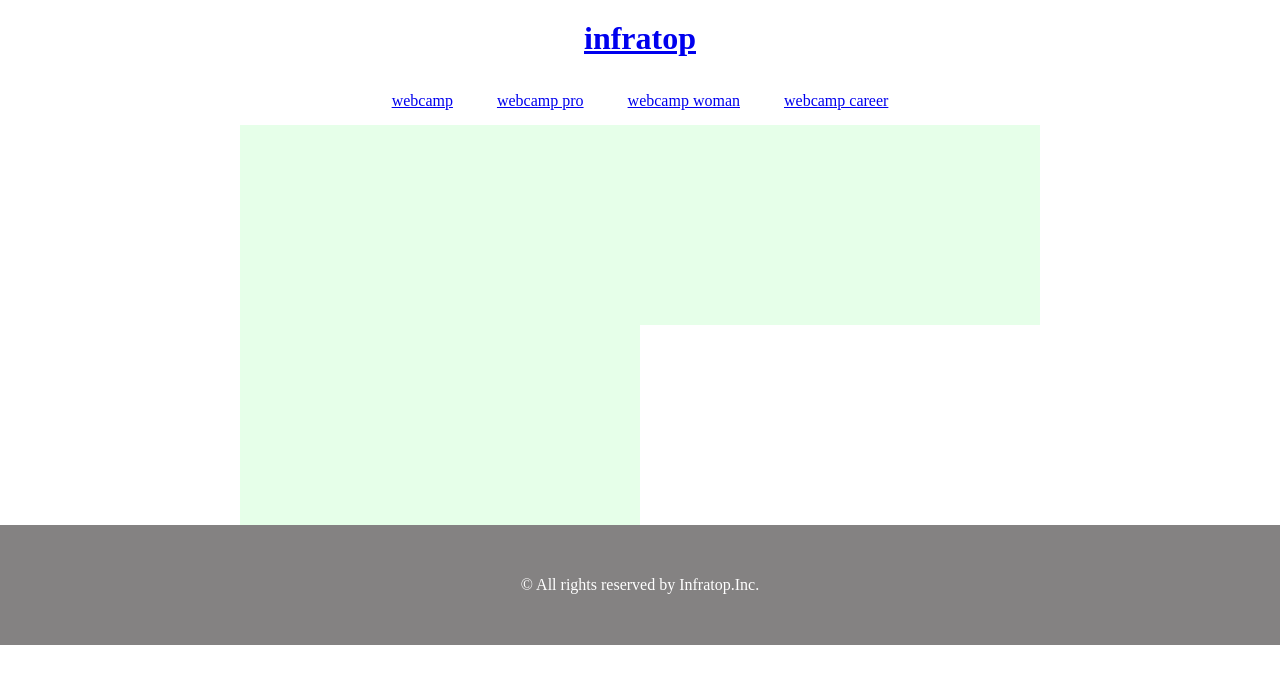
Repository: achoko3/Practice-problem
Page: chapter4/chapter4.html
The author's editor kept a record of every edit. The page is drawn from the files as they stood at one moment, then again after the next edit.
The browser window is 1280 px wide. The pictures show the whole page.

Above is the page before.

### chapter4/chapter4.html
<!DOCTYPE html>
<html lang="ja">
  <head>
    <meta charset="UTF-8" />
    <!-- CSSファイルの読み込み -->
    <link rel="stylesheet" href="chapter4.css" />
    <title>chapter4</title>
  </head>

  <body>
    <header>
      <h1><a href="http://infratop.jp/">infratop</a></h1>
    </header>
    <nav>
      <ul class="nav-list">
        <li class="nav-list-item">
         <a href="http://web-camp.io/" >webcamp</a>
        </li>
        <li class="nav-list-item">
          <a href="http://web-camp.io/pro/" >webcamp pro</a>
        </li>
        <li class="nav-list-item">
          <a href="http://web-camp.io/woman/" >webcamp woman</a>
        </li>
        <li class="nav-list-item">
          <a href="http://web-camp.io/career/" >webcamp career</a>
        </li>
      </ul>
    </nav>
    <!-- box1用のdiv -->

    <div class="main">
      <div class="box1"></div>
      <div class="box2"></div>
      <div class="box3"></div>
      <div class="box4"></div>
      <div class="box5"></div>
      <div class="box6"></div>
      <div class="box7"></div>
      <div class="box8"></div>
      <div class="box9"></div>
      <div class="box10"></div>
      <div class="box11"></div>
      <div class="box12"></div>
    </div>
    <footer>
      <p class="footer-text">© All rights reserved by Infratop.Inc.</p>
    </footer>

  </body>
</html>

### chapter4/chapter4.css
/* ブラウザがそれぞれ持っているCSSをリセットするための記述 */
*{
 margin: 0;
 padding: 0;
 box-sizing: border-box;
}

header{
  width:100%;
  padding:20px 0;
  margin:0 auto;
  text-align:center;
}


.nav-list{
  text-align:center;
  padding:15px 0;
  margin:0 auto;
}

.nav-list-item{
  list-style:none;
  display:inline-block;
  margin:0 20px;
}



.main{
  width:800px;
  display:flex;
  margin:0 auto;
  flex-wrap: wrap;
}

.box1{
  width:200px;
  height:200px;
  background-color:#e6ffe9;
}

.box2{
  width:200px;
  height:200px;
  background-color:#e6ffe9;
}

.box3{
  width:200px;
  height:200px;
  background-color:#e6ffe9;
}

.box4{
  width:200px;
  height:200px;
  background-color:#e6ffe9;
}

.box5{
  width:200px;
  height:200px;
  background-color:#e6ffe9;
}

.box6{
  width:200px;
  height:200px;
  background-color:#e6ffe9;
}

footer{
  width:100%;
  height:120px;
  text-align: center;
  line-height: 120px;
  background-color: #848282;
}
.footer-text {
color: #fff;

}

After the next edit:
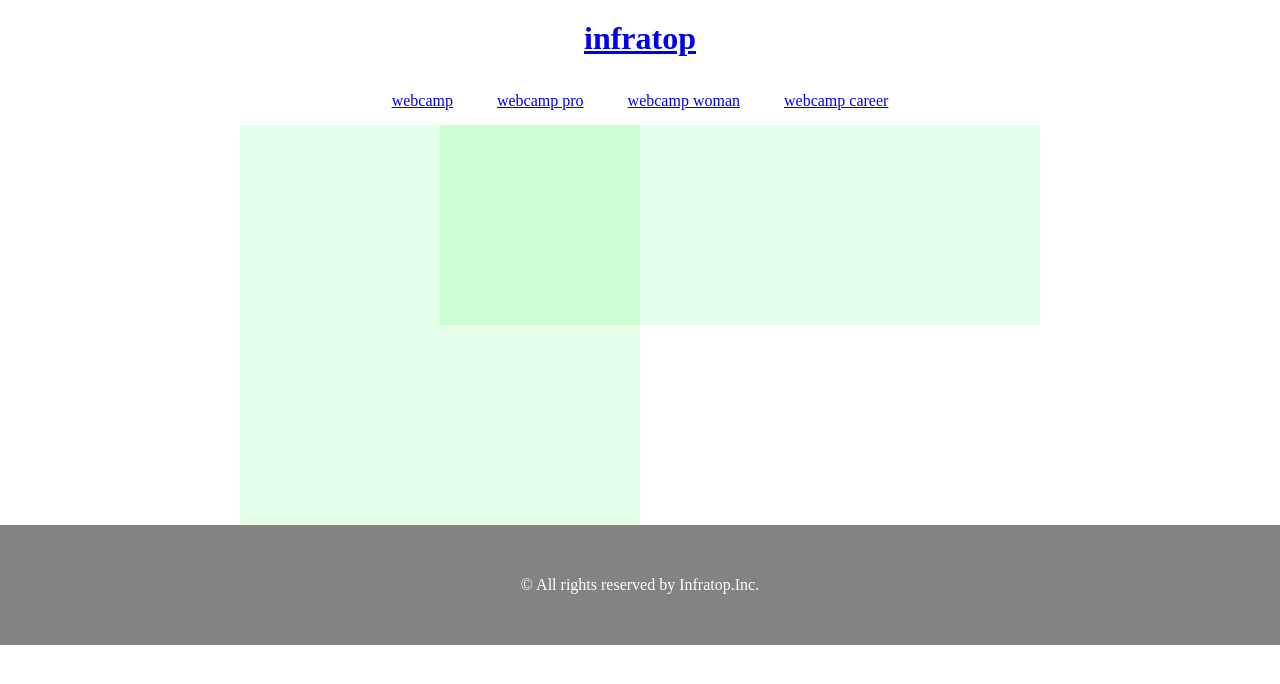
The edit:
--- a/chapter4/chapter4.css
+++ b/chapter4/chapter4.css
@@ -43,7 +43,7 @@
 .box2{
   width:200px;
   height:200px;
-  background-color:#e6ffe9;
+  background-color:#cbffd3;
 }
 
 .box3{
